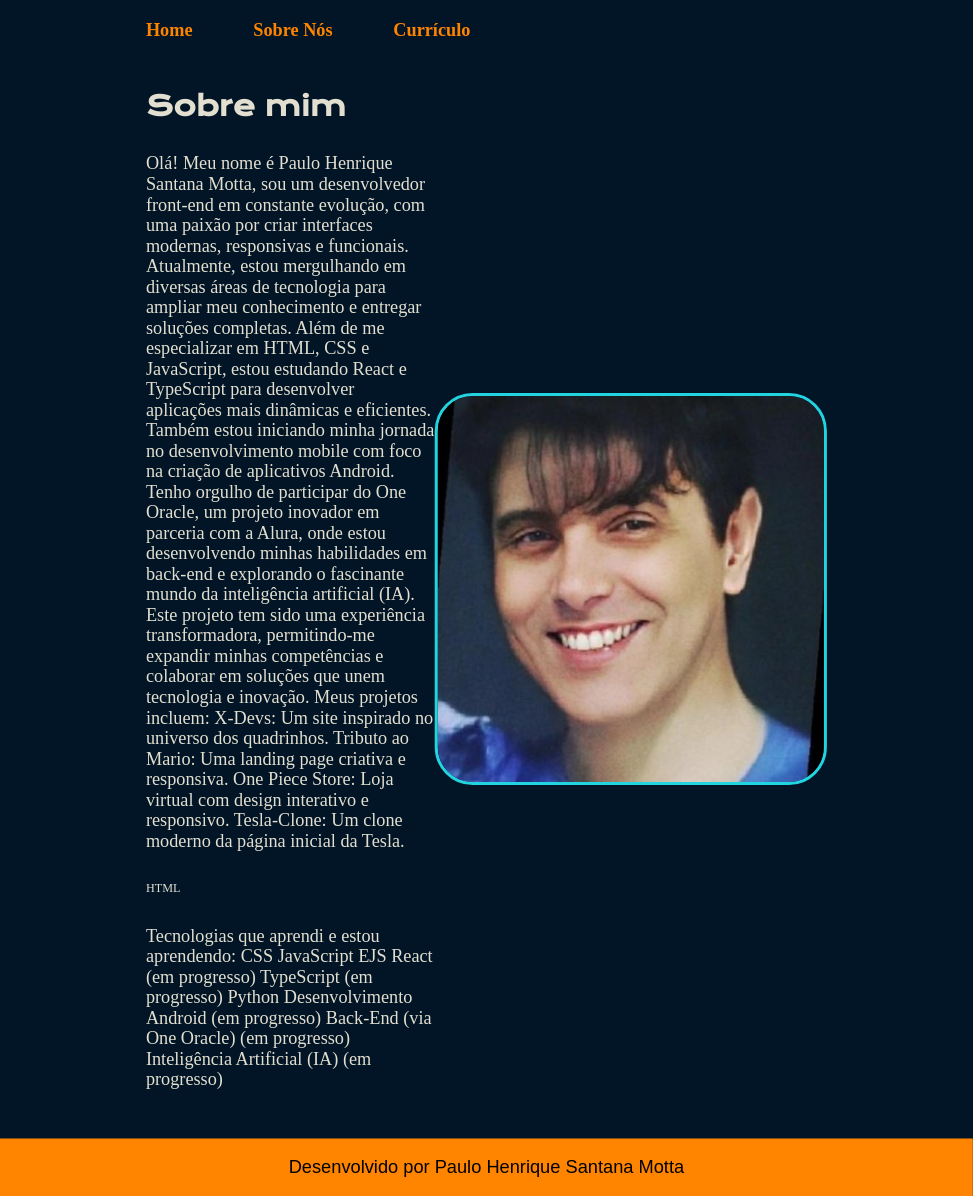
Repository: phsmottanerd/projeto-portfolio-alura
Page: about.html
An editor plug-in stored every save of this project. The page is shown before and after the next save, followed by the edit.
The browser window is 1280 px wide. The pictures show the whole page, at 76% of full size.

Above is the page before, as saved 2025-01-30 01:20:11.

After the next save:
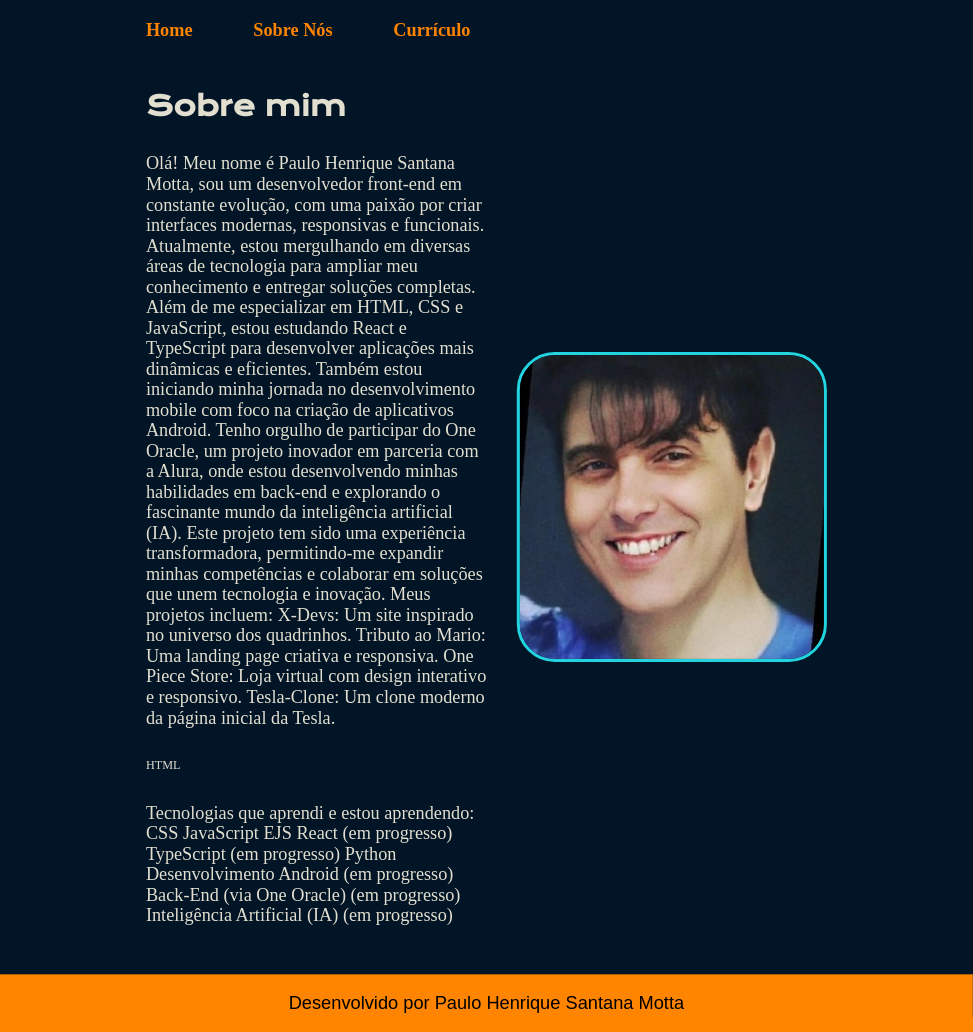
Saved 17 s later.
--- a/estilos/style.css
+++ b/estilos/style.css
@@ -112,7 +112,7 @@ body {
 .apresentacao__imagem  {
   border-radius: 50px;
   border: 4px solid #22d4Df;
-  width: 600px;
-  heighit: 600px;
+  width: 400px;
+  heighit: 400px;
 
 }
